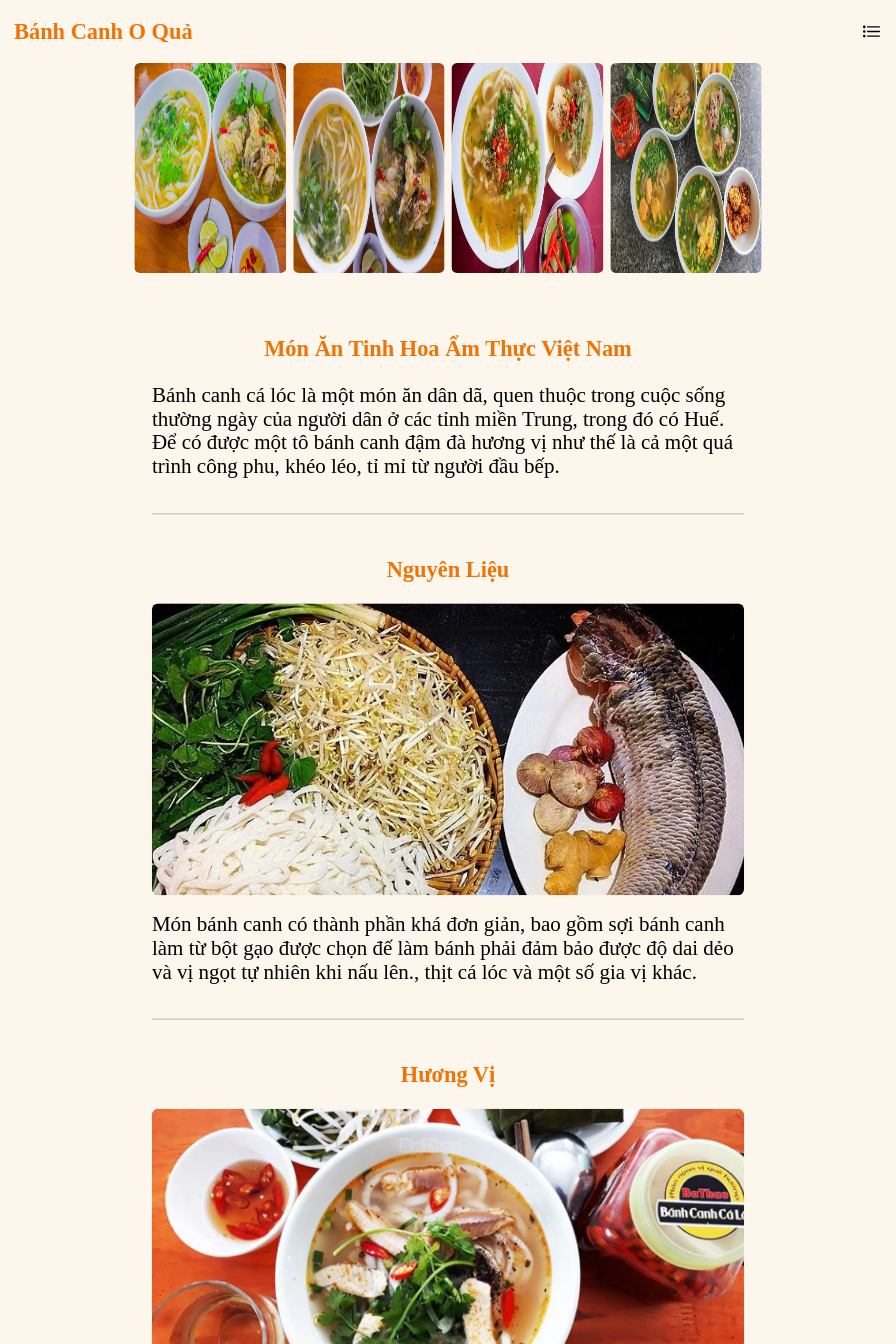
Repository: LeCongTuan2608/AmThuc
Page: public/index.html
The author's editor kept a copy of each file at every save. The page is drawn from the files as they stood at one save, then again after the next save.
The browser window is 1280 px wide. The pictures show the part of the page from y = 0 to 1920 px (the page is 3227 px tall), at 70% of full size.
Some web fonts or font styles are not loaded; a fallback is used. Some web libraries are served in a nearby version. The style sheet was rebuilt from its Sass, Less or Tailwind sources for each picture, by a compiler version that may differ from the author's.

Above is the page before, as saved 2022-04-15 13:07:06.

### public/index.html
<!DOCTYPE html>
<html lang="en">
   <head>
      <meta charset="UTF-8" />
      <meta http-equiv="X-UA-Compatible" content="IE=edge" />
      <meta name="viewport" content="width=device-width, initial-scale=1.0" />

      <link rel="stylesheet" type="text/css" href="https://cdn.jsdelivr.net/npm/slick-carousel@1.8.1/slick/slick.css" />

      <script type="module" src="https://unpkg.com/ionicons@5.5.2/dist/ionicons/ionicons.esm.js"></script>
      <script nomodule src="https: // unkg .com / ionicons @ 5.5.2 / dist / ionicons / ionicons.js "></script>

      <link rel="preconnect" href="https://fonts.googleapis.com" />
      <link rel="preconnect" href="https://fonts.gstatic.com" crossorigin />
      <link href="https://fonts.googleapis.com/css2?family=Updock&display=swap" rel="stylesheet" />

      <link rel="stylesheet" href="../sass/css/index.css" />
      <link rel="stylesheet" href="../Javascript/app.js" />

      <title>Bánh Canh O Quả</title>
   </head>
   <body>
      <header>
         <div id="header">
            <h1>Bánh Canh O Quả</h1>
            <ion-icon name="list-outline"></ion-icon>
         </div>
      </header>
      <main>
         <div id="container">
            <div id="top" class="top">
               <div class="image">
                  <img src="../images/anh-3.png" alt="" />
               </div>
               <div class="image">
                  <img src="../images/anh-4.jpg" alt="" />
               </div>
               <div class="image">
                  <img src="../images/anh-5.jpg" alt="" />
               </div>
               <div class="image">
                  <img src="../images/anh-6.jpg" alt="" />
               </div>
            </div>
            <div id="middle">
               <div id="contents">
                  <div id="story" class="posts">
                     <h1>Món Ăn Tinh Hoa Ẩm Thực Việt Nam</h1>
                     <p>
                        Bánh canh cá lóc là một món ăn dân dã, quen thuộc trong cuộc sống thường ngày của người dân ở
                        các tỉnh miền Trung, trong đó có Huế. Để có được một tô bánh canh đậm đà hương vị như thế là cả
                        một quá trình công phu, khéo léo, tỉ mỉ từ người đầu bếp.
                     </p>
                  </div>
                  <div id="ingredient" class="posts">
                     <h1>Nguyên Liệu</h1>
                     <img src="../images/anh-8.jpg" alt="" />
                     <p>
                        Món bánh canh có thành phần khá đơn giản, bao gồm sợi bánh canh làm từ bột gạo được chọn đế làm
                        bánh phải đảm bảo được độ dai dẻo và vị ngọt tự nhiên khi nấu lên., thịt cá lóc và một số gia vị
                        khác.
                     </p>
                  </div>
                  <div id="taste" class="posts">
                     <h1>Hương Vị</h1>
                     <img src="../images/anh-7.jpg" alt="" />
                     <p>
                        Bánh canh cá lóc nơi đây mang hương vị thanh thanh, từng sợi bánh được làm từ bột gạo, có độ dài
                        và mềm vừa phải. Cá lóc tẩm ướp gia vị vừa vặn và không chiên qua dầu mỡ nên giữ nguyên được
                        hương vị ngon ngọt tự nhiên của thịt.Để thưởng thức bánh canh cá lóc một cách trọn vẹn, người ta
                        thường nêm thêm sa tế tạo vị cay cay, tê tê cũng như màu sắc hấp dẫn cho món ăn. Ngoài ra, bánh
                        canh cá lóc nên ăn kèm với rau đắng và giá đỗ để tạo sự lạ miệng, bớt ngấy.
                     </p>
                  </div>
                  <div id="price" class="posts">
                     <h1>Giá Thành</h1>
                     <p>
                        Chỉ từ 20.000 vnd - 50.000 vnd, bạn đã có thể thưởng thức một tô bánh canh cá lóc ngon lành nóng
                        hổi đầy ắp thịt cá.
                     </p>
                  </div>
                  <div id="address" class="posts">
                     <h1>Địa Chỉ</h1>
                     <p>Đường 30/4 số 77 thị trấn Ngãi Giao, huyện Châu Đức, tỉnh Bà Rịa Vũng Tàu</p>
                  </div>
               </div>
            </div>
         </div>
      </main>
      <footer></footer>

      <script type="text/javascript" src="https://code.jquery.com/jquery-1.11.0.min.js"></script>
      <script type="text/javascript" src="https://code.jquery.com/jquery-migrate-1.2.1.min.js"></script>
      <script
         type="text/javascript"
         src="https://cdn.jsdelivr.net/npm/slick-carousel@1.8.1/slick/slick.min.js"
      ></script>
   </body>
</html>

### Javascript/app.js
$(document).ready(function () {
   $('.top').slick();
});

### sass/index.scss
@import './variables';
html{
    font-size: 100%;
    width: 100%;
    height: 100%;
}
*{
    margin: 0;
    padding: 0;
}
body{
    width: 100%;
    height: 100%;
    background-color: $background_Color;
}
header #header{
    display: flex;
    height: 50px;
    padding: 20px;
    align-items: center;
    justify-content: space-between;
}
#header h1{
    color: $words_Color;
    cursor: pointer;
    font-family: $words_font;
}
#header ion-icon{
    font-size: 30px;
    cursor: pointer;
}
main{
    width: 100%;
    display: flex;
    justify-content: center;
}
main #container{
    height: auto;
    display: flex;
    width: 70%;
    flex-direction: column;
    // justify-content: center;

}
#top {
    display: grid;
    grid-template-columns: repeat(4, 1fr);
    gap: 10px;
}
.image{
    height: 300px;
}
.image img{
    width: 100%;
    height: 100%;
    border-radius: 8px;
    background-size: cover;
}
#contents{
    width: auto;
    height: auto;
    padding: 30px 25px 30px 25px;
}
.posts{
    border-bottom-style: solid;
    border-width: 2px;
    border-color: #cbcbcb;
    padding-bottom: 50px;
}
.posts h1{
    color: $words_Color;
    text-align: center;
    margin: 60px 0 30px 0;
    font-family: $words_font;
}
.posts img{
    width: 100%;
    height: 100%;
    background-size: cover;
    border-radius: 9px;
    margin-bottom: 20px;
}
.posts p{
    font-size: $font_Size;
    font-family: $words_font;
}
#address{
    border-bottom-style:none;
}
footer{
    height: 200px;
    background-color: $words_Color;
}
@media screen and (max-width: 500px) {
    main #container{
        height: auto;
        display: flex;
        width: 90%;
        flex-direction: column;
    }
    #contents{
        width: auto;
        height: auto;
        padding: 5px 5px 10px 5px;
    }
    .posts{
        border-bottom-style: solid;
        border-width: 2px;
        border-color: #cbcbcb;
        padding-bottom: 30px;
    }
    .posts h1{
        color: $words_Color;
        text-align: center;
        margin: 20px 0 20px 0;
        font-family: $words_font;
    }
    #address{
        border-bottom-style:none;
    }
}

### sass/variables.scss
$background_Color: #fcf6ed;
$words_Color: #f07305;
$words_font: 'Updock', cursive;
$font_Size: 30px;

After the next save:
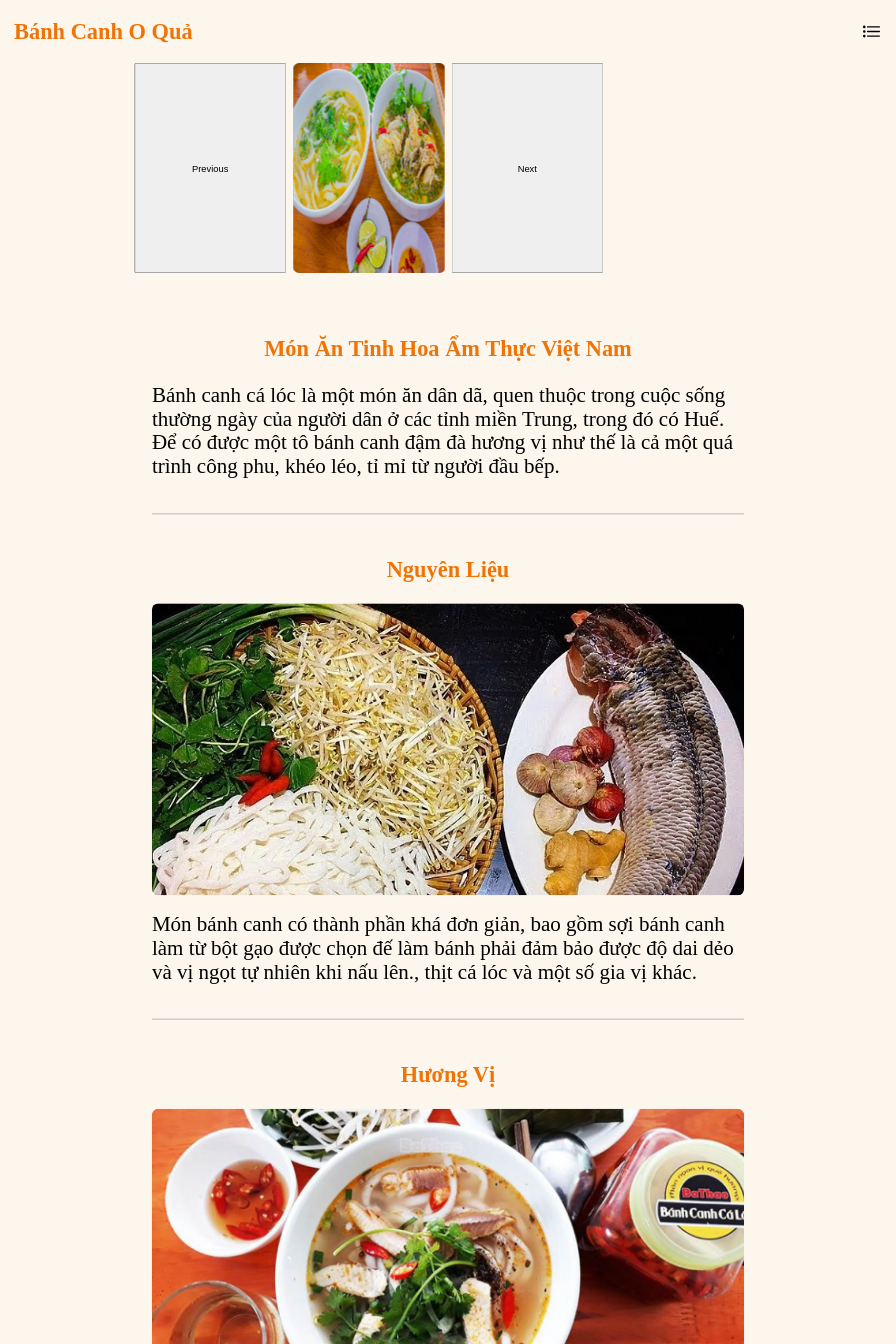
Saved 86 s later.
--- a/public/index.html
+++ b/public/index.html
@@ -95,5 +95,6 @@
          type="text/javascript"
          src="https://cdn.jsdelivr.net/npm/slick-carousel@1.8.1/slick/slick.min.js"
       ></script>
+      <script src="./Javascript/app.js"></script>
    </body>
 </html>
